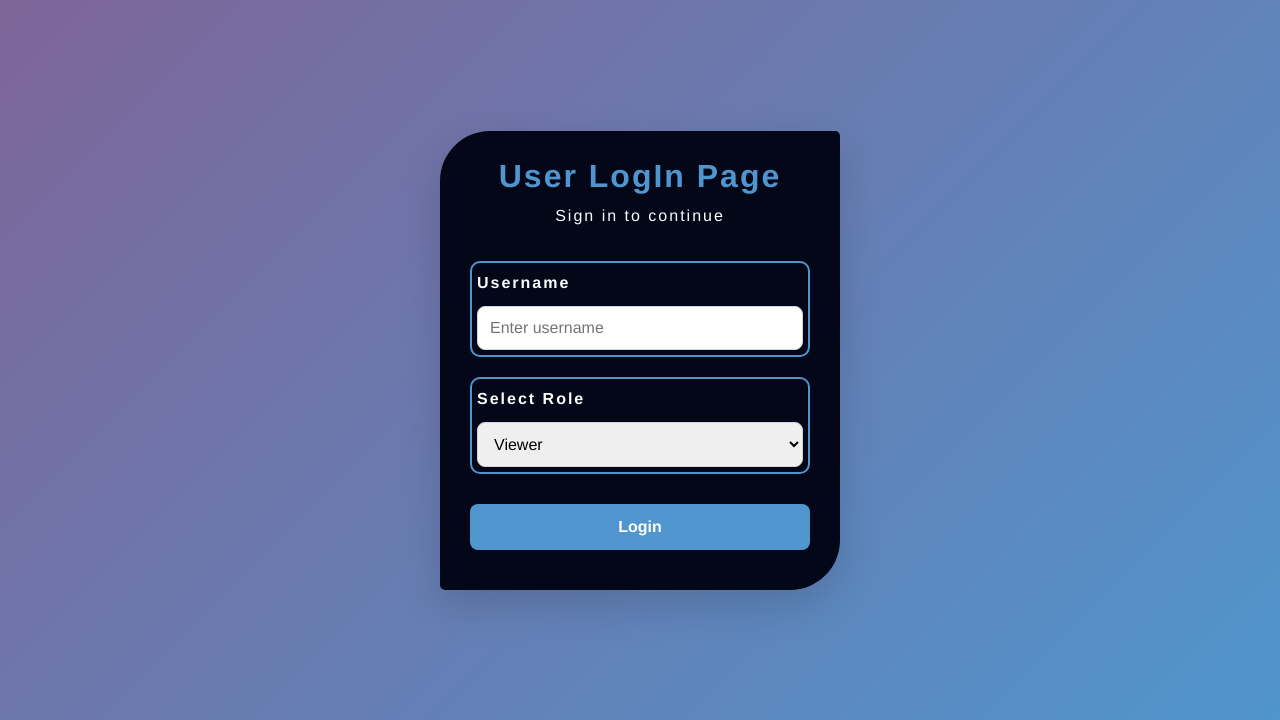
Repository: SolomonChinonso/myUserDashboard
Page: /profile (app in my-user-dashboard-app/)
An editor plug-in stored every save of this project. The page is shown before and after the next save, followed by the edit.
The browser window is 1280 px wide. The pictures show the whole page.
The project was rebuilt for these pictures with package versions that can differ from the ones it lists, and the page was loaded fresh each time. Also part of the build but not shown: my-user-dashboard-app/vite.config.ts, my-user-dashboard-app/src/App.css, my-user-dashboard-app/src/pages/global.css, my-user-dashboard-app/src/pages/Dashboard.tsx, my-user-dashboard-app/src/pages/Profile.tsx, my-user-dashboard-app/src/pages/Settings.tsx, my-user-dashboard-app/src/components/Navbar.tsx.

Above is the page before, as saved 2026-05-31 16:12:44.

### my-user-dashboard-app/index.html
<!doctype html>
<html lang="en">
  <head>
    <meta charset="UTF-8" />
    <link rel="icon" type="image/svg+xml" href="/favicon.svg" />
    <meta name="viewport" content="width=device-width, initial-scale=1.0" />
    <title>my-user-dashboard-app</title>
  </head>
  <body>
    <div id="root"></div>
    <script type="module" src="/src/main.tsx"></script>
  </body>
</html>

### my-user-dashboard-app/src/main.tsx
import React from "react";
import ReactDOM from "react-dom/client";
import App from "./App";
import { BrowserRouter } from "react-router-dom";
import { AuthProvider } from "./context/AuthProvider"
import "./index.css"


ReactDOM.createRoot(document.getElementById("root")!).render(
  <React.StrictMode>
    <BrowserRouter>
      <AuthProvider>
        <App />
      </AuthProvider>
    </BrowserRouter>
  </React.StrictMode>
);

### my-user-dashboard-app/src/App.tsx
import {
  Routes,
  Route,
  Navigate,
} from "react-router-dom";
import "./App.css"

import Login from "./pages/Login";
import Dashboard from "./pages/Dashboard";
import Profile from "./pages/Profile";
import Settings from "./pages/Settings";

import Navbar from "./components/Navbar";
import ProtectedRoute from "./components/ProtectedRoute";

import { useAuth } from "./hooks/useAuth";

function App() {
  const { user } = useAuth();

  return (
    <div className="app-section">
      {user && <Navbar />}

      <Routes>
        {/* Redirect homepage to login */}
        <Route
          path="/"
          element={<Navigate to="/login" replace />}
        />

        <Route
          path="/login"
          element={<Login />}
        />

        <Route
          path="/dashboard"
          element={
            <ProtectedRoute>
              <Dashboard />
            </ProtectedRoute>
          }
        />

        <Route
          path="/profile"
          element={
            <ProtectedRoute>
              <Profile />
            </ProtectedRoute>
          }
        />

        <Route
          path="/settings"
          element={
            <ProtectedRoute adminOnly>
              <Settings />
            </ProtectedRoute>
          }
        />

        {/* Catch-all route */}
        <Route
          path="*"
          element={<Navigate to="/login" replace />}
        />
      </Routes>
    </div>
  );
}

export default App;

### my-user-dashboard-app/src/context/AuthProvider.tsx
import {
  useState,
  type ReactNode,
} from "react";

import type { User } from "../types/user";

import { AuthContext } from "./AuthContext";

interface AuthProviderProps {
  children: ReactNode;
}

export const AuthProvider = ({
  children,
}: AuthProviderProps) => {
  const [user, setUser] =
    useState<User | null>(null);

  const login = (userData: User) => {
    setUser(userData);
  };

  const logout = () => {
    setUser(null);
  };

  return (
    <AuthContext.Provider
      value={{
        user,
        login,
        logout,
      }}
    >
      {children}
    </AuthContext.Provider>
  );
};

### my-user-dashboard-app/src/index.css
*{
    margin: 0;
    padding: 0;
    font-family: 'Franklin Gothic Medium', 'Arial Narrow', Arial, sans-serif;
    box-sizing: border-box;


}
body{
   height: 100vh;
   min-height: 100%;
    letter-spacing: 2px;
    background:  linear-gradient(
    135deg,
    #7e6598,
    #5095cd);
    background-repeat:no-repeat;
    color: #5095cd;
}

### my-user-dashboard-app/src/pages/Login.tsx
// import { FaUserCircle } from "react-icons/fa";
import { useState } from "react";
import { useNavigate } from "react-router-dom";
import { useAuth } from "../hooks/useAuth";
import "./Login.css";

const Login = () => {
  const [username, setUsername] = useState("");
  const [role, setRole] = useState("Viewer");

  const { login } = useAuth();
  const navigate = useNavigate();

  const handleLogin = () => {
    login({
      username,
      role: role as "Admin" | "Editor" | "Viewer",
    });

    navigate("/dashboard");
  };

  return (
    <div className="login-page">
      <div className="login-card">
        <h1>User LogIn Page</h1>
        <p className="subtitle">
          Sign in to continue
        </p>
        {/* <span>
          <FaUserCircle size={35} className="profile-pix" />
          <p>Upload Image</p>
        </span> */}
        <div className="form-group">
          <label>Username</label>
          <input
            type="text"
            placeholder="Enter username"
            value={username}
            onChange={(e) =>
              setUsername(e.target.value)
            }
          />
        </div>

        <div className="form-group">
          <label>Select Role</label>
          <select
            value={role}
            onChange={(e) =>
              setRole(e.target.value)
            }
          >
            <option>Admin</option>
            <option>Editor</option>
            <option>Viewer</option>
          </select>
        </div>

        <button
          className="login-btn"
          onClick={handleLogin}
        >
          Login
        </button>
      </div>
    </div>
  );
};

export default Login;

### my-user-dashboard-app/src/components/ProtectedRoute.tsx
import { Navigate } from "react-router-dom";
import { useAuth } from "../hooks/useAuth";

interface Props {
  children: React.ReactNode;
  adminOnly?: boolean;
}

const ProtectedRoute = ({
  children,
  adminOnly,
}: Props) => {
  const { user } = useAuth();

  // Not logged in
  if (!user) {
    return <Navigate to="/login" />;
  }

  // Not admin
  if (adminOnly && user.role !== "Admin") {
    return <Navigate to="/dashboard" />;
  }

  return children;
};

export default ProtectedRoute;

### my-user-dashboard-app/src/hooks/useAuth.ts
import { useContext } from "react";

import { AuthContext } from "../context/AuthContext";

export const useAuth = () => {
  const context = useContext(AuthContext);

  if (!context) {
    throw new Error(
      "useAuth must be used inside AuthProvider"
    );
  }

  return context;
};

### my-user-dashboard-app/src/context/AuthContext.ts
import { createContext } from "react";

import type { User } from "../types/user";

export interface AuthContextType {
  user: User | null;
  login: (user: User) => void;
  logout: () => void;
}
export const AuthContext =
  createContext<AuthContextType | null>(null);

### my-user-dashboard-app/src/pages/Login.css
/* Full page layout */
.login-page {
  min-height: 100vh;

  display: flex;
  justify-content: center;
  align-items: center;
  margin-top: 0;
  padding: 20px;
}

/* Login card */
.login-card {
  width: 100%;
  max-width: 400px;
  height: 100%;
  background: #040717;
  padding: 30px;
  border-radius: 50px 5px;
  display: flex;
  flex-direction: column;
  justify-content: center;
  align-items: center;
  box-shadow: 0 15px 40px
    rgba(0, 0, 0, 0.15);
  line-height: 30px;
  text-align: center;
}

.profile-pix{
    /* margin-bottom: 20px; */
    background: transparent;
    border-radius: 5px;
    border: 2px solid #5095cd;
    color: #fbfcfe;
}
/* Heading */
.login-card h1 {
  margin-bottom: 10px;
  color: #5095cd;
}

.subtitle {
  color: #fafcfe;
  margin-bottom: 30px;
}

/* Form group */
.form-group {
    border: 2px solid #5095cd;
    width: 100%;
    border-radius: 10px;
    padding: 5px;
  display: flex;
  flex-direction: column;
  text-align: left;
  margin-bottom: 20px;
}

.form-group label {
  margin-bottom: 8px;
  font-weight: 600;
  color: #fbfcfe;
}

/* Inputs */
.form-group input,
.form-group select {
  padding: 12px;
  border: 1px solid #d1d5db;
  border-radius: 8px;

  font-size: 16px;
  outline: none;

  transition: 0.3s ease;
}

.form-group input:focus,
.form-group select:focus {
  border-color: #4f46e5;
  box-shadow: 0 0 0 3px
    rgba(79, 70, 229, 0.15);
}

/* Button */
.login-btn {
  width: 100%;
  padding: 14px;

  border: none;
  border-radius: 8px;

  background: #5095cd;
  color: white;

  font-size: 16px;
  font-weight: bold;

  cursor: pointer;
  transition: 0.3s ease;
}

.login-btn:hover {
  background: #4338ca;
  transform: translateY(-2px);
}

### my-user-dashboard-app/src/components/Navbar.css
nav{
    background: rgb(48, 4, 59);
    display: flex;
    justify-content: space-between;
    align-items: center;
    /* margin: 20px; */
    /* padding: 10px; */
    /* max-width: 100vw; */
    /* width: 100%; */
    /* flex-wrap: wrap; */
    /* border-radius: 50px; */

}
nav .logo{
    font-family: system-ui, -apple-system, BlinkMacSystemFont, 'Segoe UI', Roboto, Oxygen, Ubuntu, Cantarell, 'Open Sans', 'Helvetica Neue', sans-serif;
    font-style: oblique;
    background: transparent;
    margin: 10px;
    padding: 5px 10px;
    width: 100px;
   border-radius: 50%;
    display: flex;
    flex-direction: column;
    text-align: center;
    border: 2px solid rgb(117, 180, 222);;
}
.links{
    display: flex;
    gap: 5px;

}
a{
    font-family: Arial, Helvetica, sans-serif;
    text-decoration: none;
    color: rgb(224, 224, 240);
   font-size: large;
   font-weight: 700;
}
button{
    font-size: 1rem;
    color: #f3f3f8;
    padding: 5px 10px;
    margin: 10px;
    border: 2px solid rgb(117, 180, 222);
    border-radius: 50px;
    background: transparent;
    cursor: pointer;
    transition: 0.3s ease-in-out;
}
span{
    display: flex;
    flex-direction: column;
    justify-content: center;
    align-items: center;

    color: rgb(240, 240, 244);
}
.profile{
    display: flex;
}

After the next save:
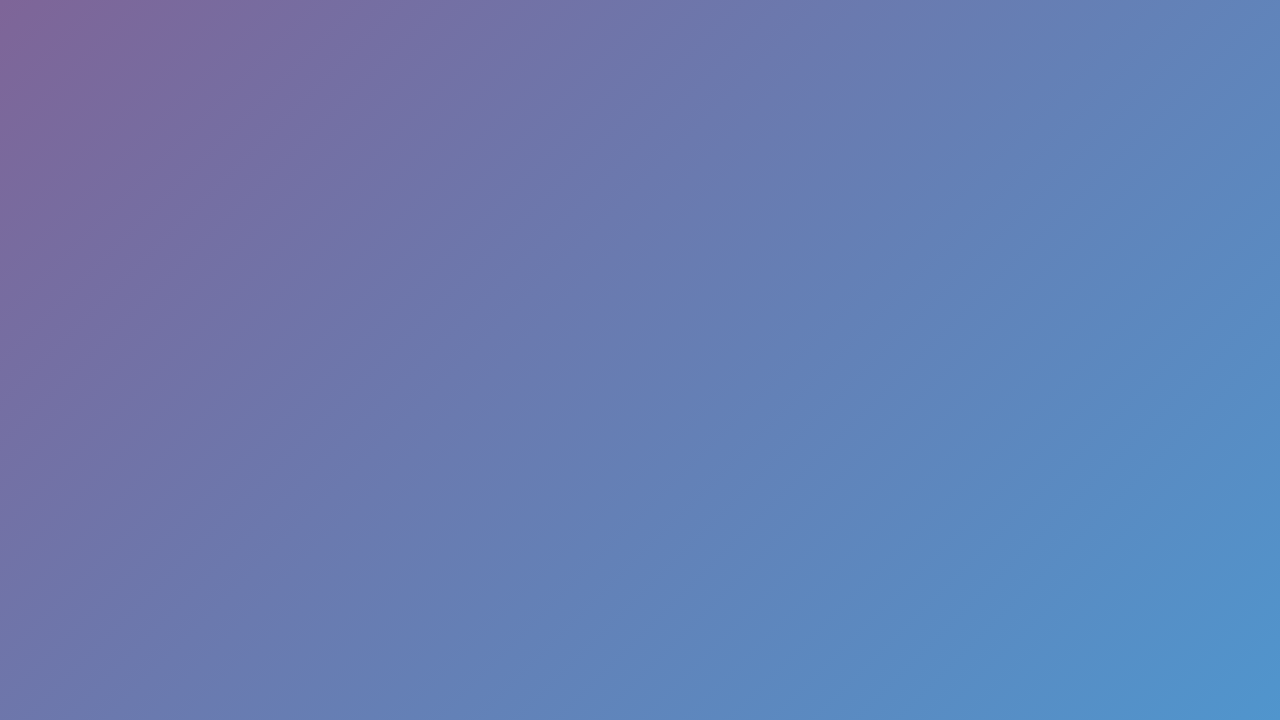
Console error: ReferenceError: FaUserCircle is not defined
Saved 44 s later.
--- a/my-user-dashboard-app/src/pages/Login.tsx
+++ b/my-user-dashboard-app/src/pages/Login.tsx
@@ -27,10 +27,10 @@ const Login = () => {
         <p className="subtitle">
           Sign in to continue
         </p>
-        {/* <span>
+        <span>
           <FaUserCircle size={35} className="profile-pix" />
           <p>Upload Image</p>
-        </span> */}
+        </span>
         <div className="form-group">
           <label>Username</label>
           <input

After the save that followed:
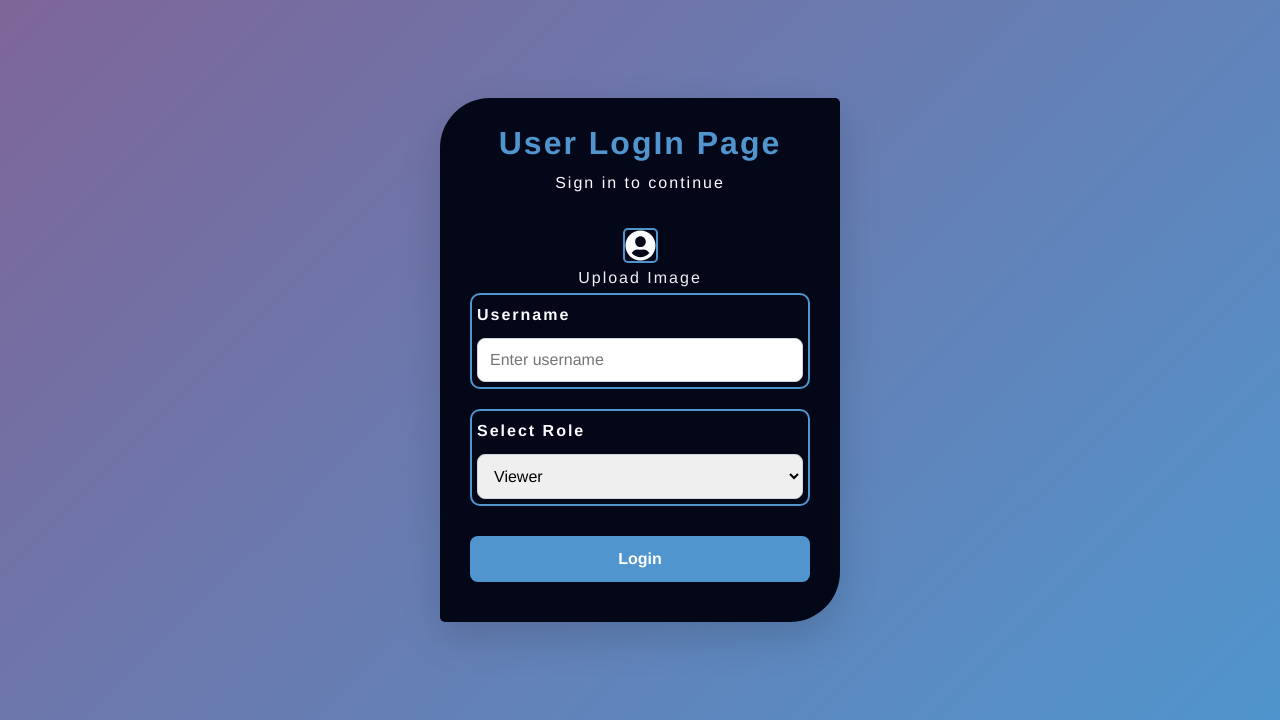
The error is gone.
Saved 4 s later.
--- a/my-user-dashboard-app/src/pages/Login.tsx
+++ b/my-user-dashboard-app/src/pages/Login.tsx
@@ -1,4 +1,4 @@
-// import { FaUserCircle } from "react-icons/fa";
+import { FaUserCircle } from "react-icons/fa";
 import { useState } from "react";
 import { useNavigate } from "react-router-dom";
 import { useAuth } from "../hooks/useAuth";
